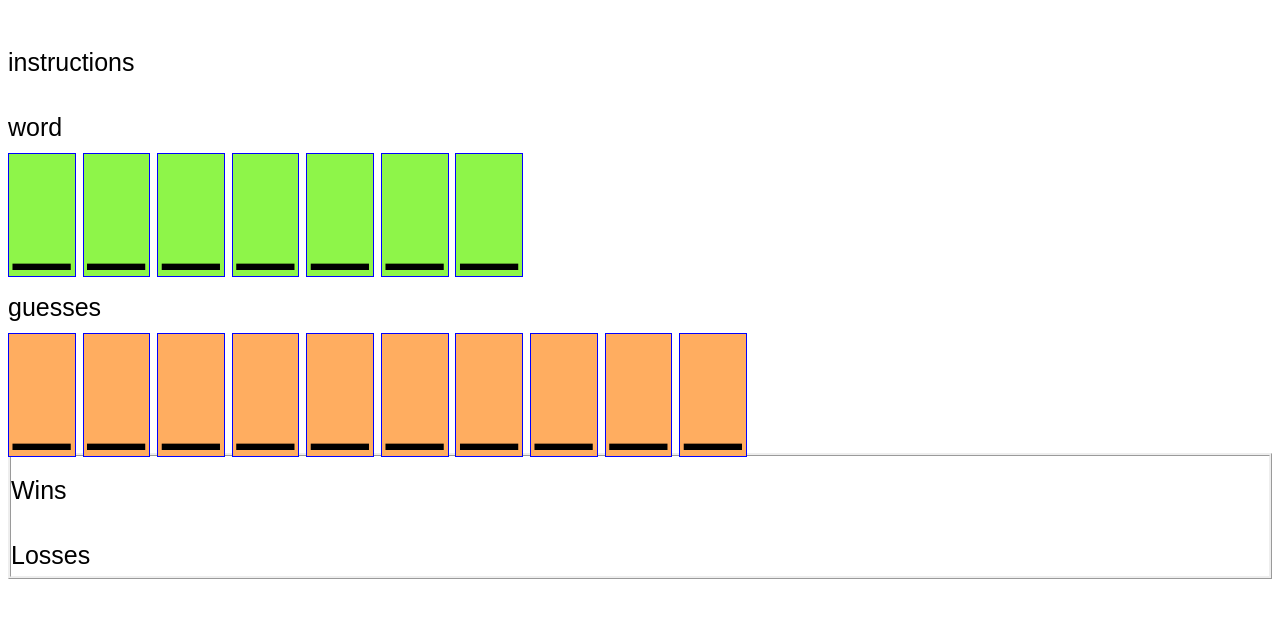
Repository: dsaftler/JavaScript
Page: index.html
The author's editor kept a copy of each file at every save. The page is drawn from the files as they stood at one save, then again after the next save.
The browser window is 1280 px wide. The pictures show the whole page.

Above is the page before, as saved 2019-03-28 17:17:15.

After the next save:
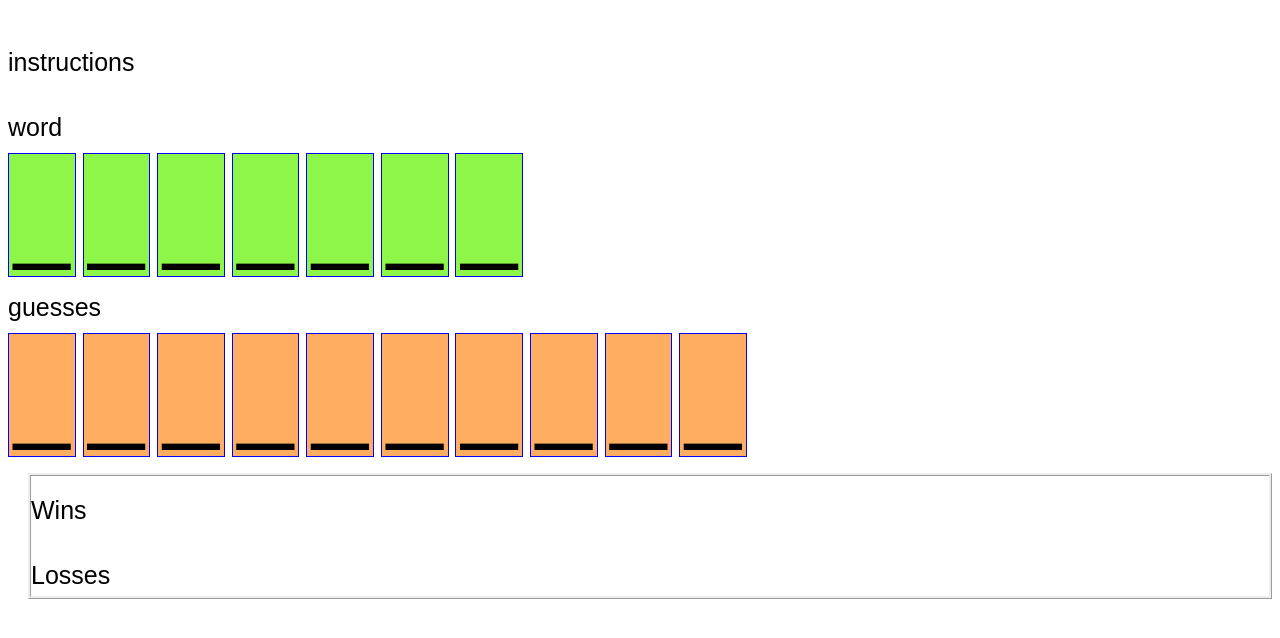
Saved 116 s later.
--- a/assets/css/style.css
+++ b/assets/css/style.css
@@ -12,5 +12,7 @@ font-size: 25px;}
     border: 1px solid blue;
   background-color: rgb(255, 173, 96)}
 .score{
+  margin-top: 20px;
+  margin-left: 20px;
   height:120px;
   border-style: ridge}
